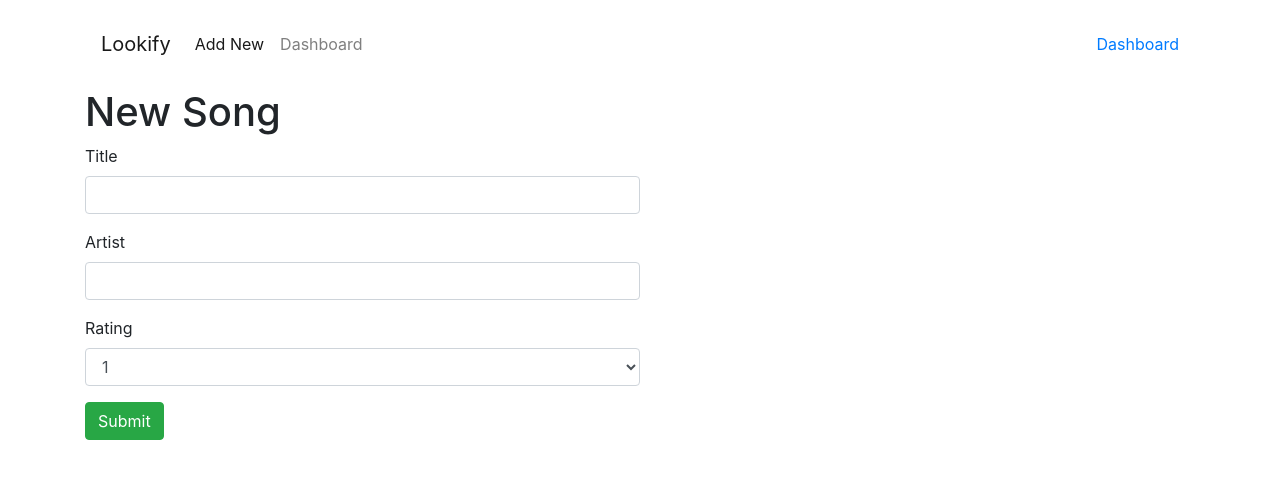
Repository: ACow3/java
Page: http://localhost/lookify/WEB-INF/lookify/new.jsp
These files come from the project's save history. The page is drawn as it stood at one moment and after the next save; the edit follows.
The browser window is 1280 px wide. The pictures show the whole page.
The page is served by Tomcat 9. Nobody is signed in. The template is opened directly, without the code that normally fills it, so the values that code supplies are empty.

Above is the page before, as saved 2019-08-15 21:17:26.

After the next save:
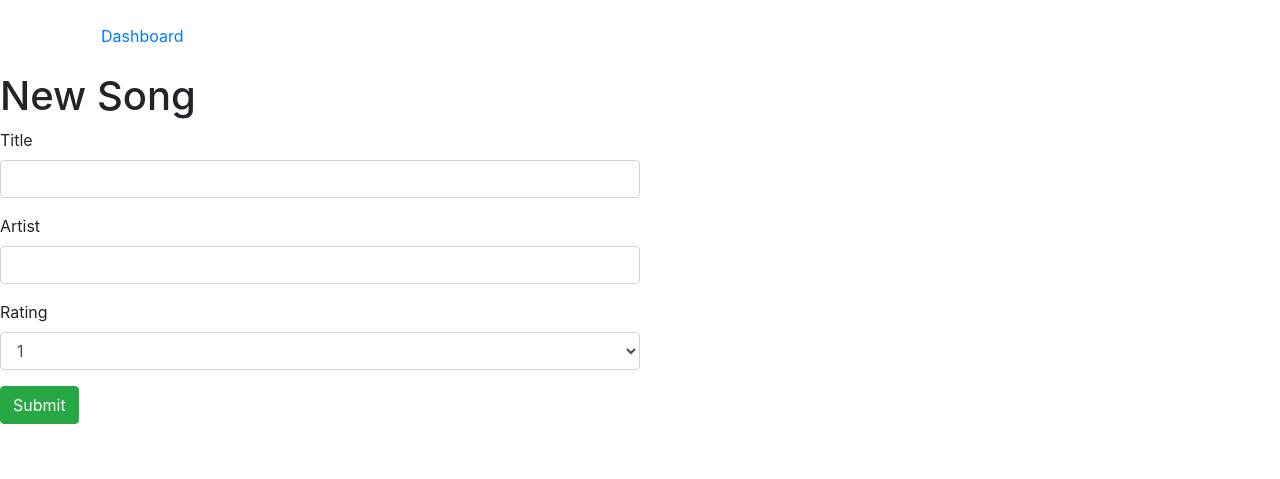
Saved 23 s later.
--- a/java_spring/lookify/src/main/webapp/WEB-INF/lookify/new.jsp
+++ b/java_spring/lookify/src/main/webapp/WEB-INF/lookify/new.jsp
@@ -15,7 +15,7 @@
 <body>
 	<div class="container">
 		<nav class="navbar navbar-expand-lg navbar-light bg-white mt-3 mb-3">
-			<a class="navbar-brand" href="/">Lookify</a>
+<!-- 			<a class="navbar-brand" href="/">Lookify</a>
 			<button class="navbar-toggler" type="button" data-toggle="collapse"
 				data-target="#navbarTogglerDemo02"
 				aria-controls="navbarTogglerDemo02" aria-expanded="false"
@@ -29,7 +29,7 @@
 						href="/songs/new">Add New <span class="sr-only">(current)</span>
 					</a></li>
 					<li class="nav-item"><a class="nav-link" href="/dashboard">Dashboard</a></li>
-				</ul>
+				</ul> -->
 				<a class="form-inline my-2 my-lg-0" href="/dashboard">Dashboard</a>
 
 			</div>
